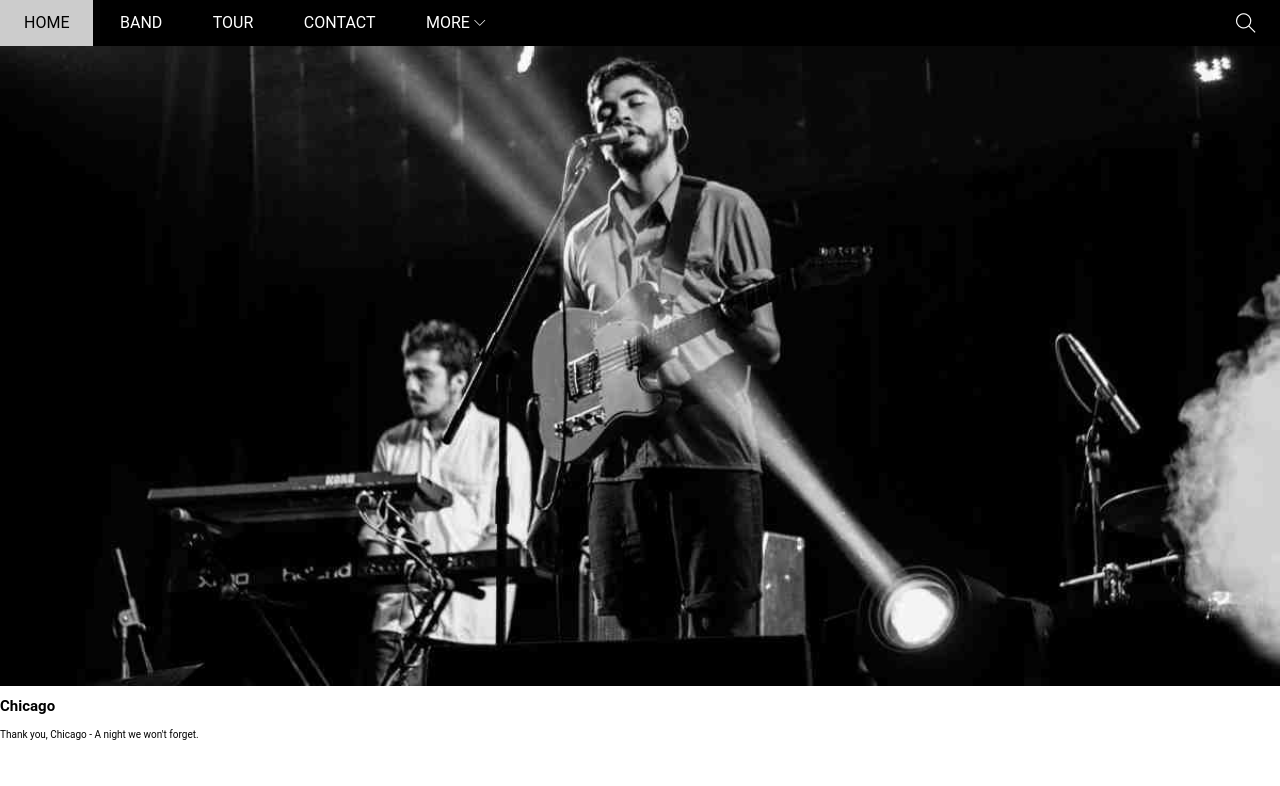
Repository: vuongld315/myLandingPage
Page: index.html
An editor plug-in stored every save of this project. The page is shown before and after the next save, followed by the edit.
The browser window is 1280 px wide. The pictures show the whole page.

Above is the page before, as saved 2022-07-22 12:59:02.

### index.html
<!DOCTYPE html>
<html lang="en">
<head>
    <meta charset="UTF-8">
    <meta http-equiv="X-UA-Compatible" content="IE=edge">
    <meta name="viewport" content="width=device-width, initial-scale=1.0">
    <title>Document</title>
    <link rel="stylesheet" href="./assets/css/main.css">
    <link rel="stylesheet" href="./assets/css/base.css">
    <link rel="stylesheet" href="./assets/fonts/themify-icons/themify-icons.css">
</head>
<body>
    <div id="main">
        <div id="header">
            <div id="nav">
                <ul>
                    <li><a href="">Home</a></li>
                    <li><a href="">Band</a></li>
                    <li><a href="">Tour</a></li>
                    <li><a href="">Contact</a></li>
                    <li>
                        <a href="#">
                            More
                            <i class="nav-arrow-down ti-angle-down"></i>
                        </a>
                        <ul class="subnav">
                            <li><a href="">Merchadise</a></li>
                            <li><a href="">Extras</a></li>
                            <li><a href="">Media</a></li>
                        </ul>
                    </li>
                </ul>
            </div>
            <div class="search-btn">
                <i class="search-icon ti-search"></i>
            </div>
        </div>

        <div id="slider">
            <div class="text-content">
                <h2 class="text-heading">Chicago</h2>
                <div class="text-desciption">Thank you, Chicago - A night we won't forget.</div>
            </div>
        </div>

        <div id="content">

        </div>

        <div id="footer">

        </div>
    </div>
</body>
</html>

### assets/css/main.css
*   {
    box-sizing: inherit;
}

body    {
    padding-bottom:100px ;
}

html    {
    font-size: 62.5%;
    line-height: 1.6rem;
    font-family: 'Roboto', sans-serif;
    box-sizing: border-box;
}

.gird   {
    width: 1200px;
    max-width: 100%;
    margin: 0 auto;
}

.gird__full-width   {
    width: 100%;
}

.gird__row  {
    display: flex;
    flex-wrap: wrap;
}

body    {
    margin: 0;
    padding: 0;
}

#header {
    height: 46px;
    background-color: #000;
    display: flex;
    align-items: center;
    justify-content: space-between;
    position: fixed;
    top: 0;
    right: 0;
    left: 0;
}

#nav ul {
    padding: 0;
}

#nav li {
    display: inline-block;
    position: relative;
}

#nav > ul > li > a   {
    color: #fff;
    text-transform: uppercase;
    padding: 0 24px;
    line-height: 46px;
}

#nav li a   {
    text-decoration: none;
    font-size: 1.6rem;
    display: inline-block;

}

#nav .subnav li:hover,
#nav > ul > li:hover > a {
    color:#000;
    background-color: #ccc;

}

#nav > ul > li:hover .subnav    {
    display: block;
}

#nav .subnav    {
    display: none;
    position: absolute;
    background-color: #fff;
    width: 160px;
    box-shadow: 0 0 10px rgba(0 ,0 ,0 , .3);
}

#nav .subnav li {
    width: 100%;
    list-style: none;
    padding: 12px;

}

#nav .subnav a  {
    color: #000;
    font-size: 1.4rem;
}

.nav-arrow-down {
    font-size: 1.2rem;
}

#header .search-btn {
    font-size: 20px;
    color: #fff;
    padding: 13px 24px;
    height: 100%;
}

#header .search-btn:hover   {
    background-color: #f44336;
    cursor: pointer;
}

#slider {
    margin-top: 46px;
    padding-top: 50%;
    background: url('/assets/img/slider1.jpg') top center / cover no-repeat;
    position: relative;
}

.text-content  {
    position: absolute;
}

#content {

}

#footer {

}

### assets/css/base.css
*   {
    box-sizing: inherit;
}

body    {
    padding-bottom:100px ;
}

html    {
    font-size: 62.5%;
    line-height: 1.6rem;
    font-family: 'Roboto', sans-serif;
    box-sizing: border-box;
}

.gird   {
    width: 1200px;
    max-width: 100%;
    margin: 0 auto;
}

.gird__full-width   {
    width: 100%;
}

.gird__row  {
    display: flex;
    flex-wrap: wrap;
}

Loaded but not shown: assets/fonts/themify-icons/themify-icons.css (common file)

After the next save:
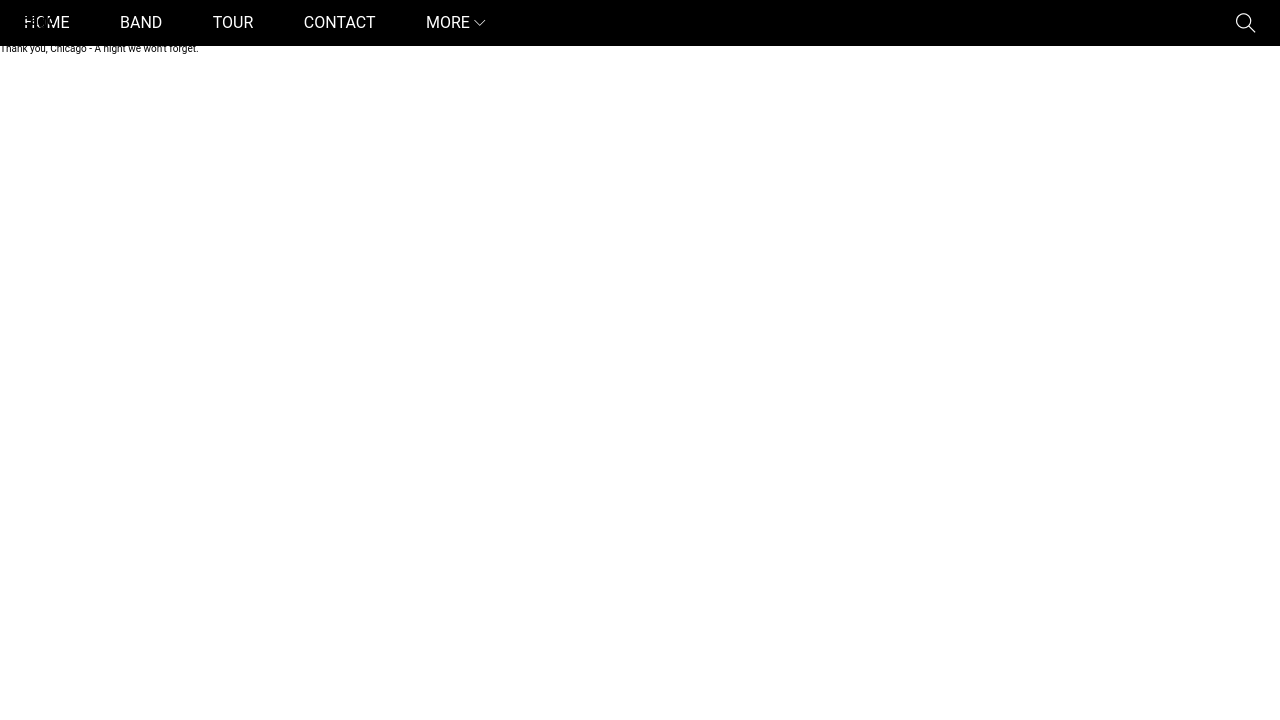
Saved 106 s later.
--- a/assets/css/main.css
+++ b/assets/css/main.css
@@ -116,10 +116,10 @@
 }
 
 #slider {
-    margin-top: 46px;
+    /* margin-top: 46px;
     padding-top: 50%;
     background: url('/assets/img/slider1.jpg') top center / cover no-repeat;
-    position: relative;
+    position: relative; */
 }
 
 .text-content  {

After the save that followed:
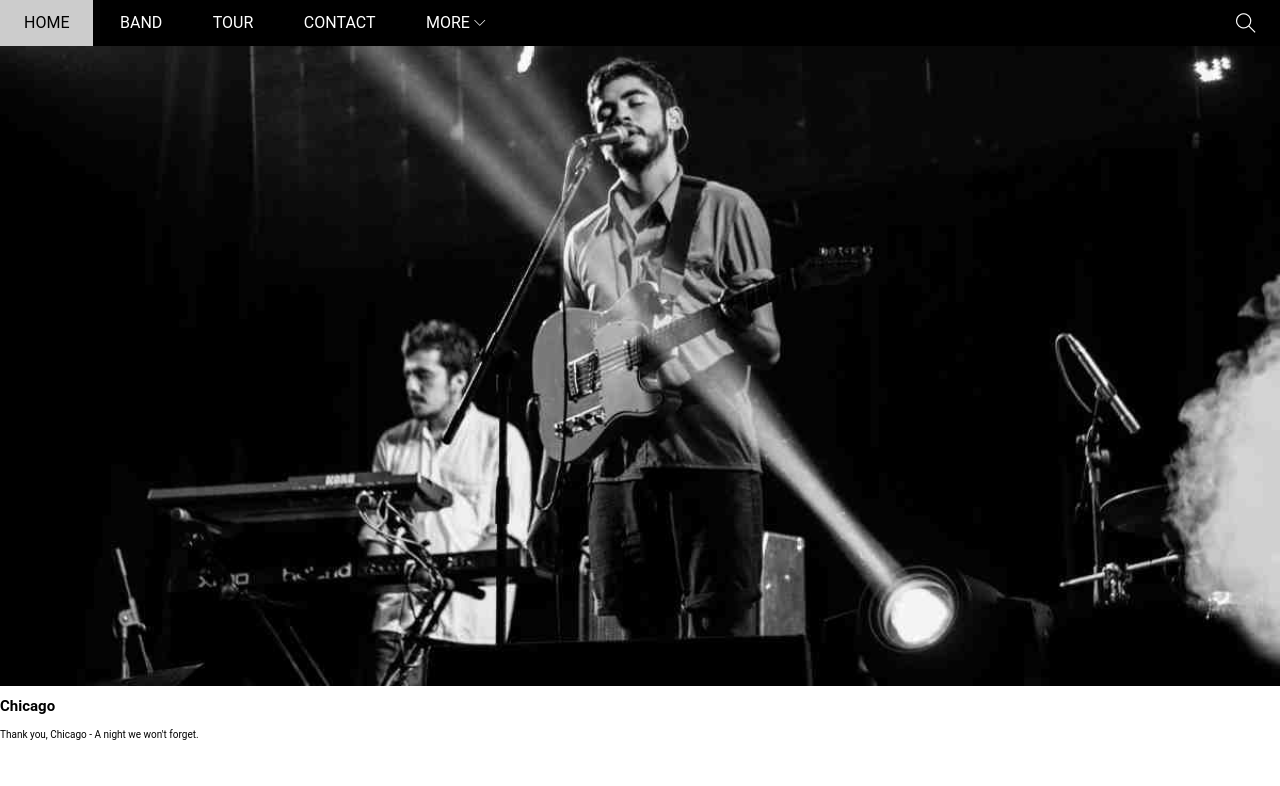
Saved 8 s later.
--- a/assets/css/main.css
+++ b/assets/css/main.css
@@ -116,10 +116,10 @@
 }
 
 #slider {
-    /* margin-top: 46px;
+    margin-top: 46px;
     padding-top: 50%;
     background: url('/assets/img/slider1.jpg') top center / cover no-repeat;
-    position: relative; */
+    position: relative;
 }
 
 .text-content  {
